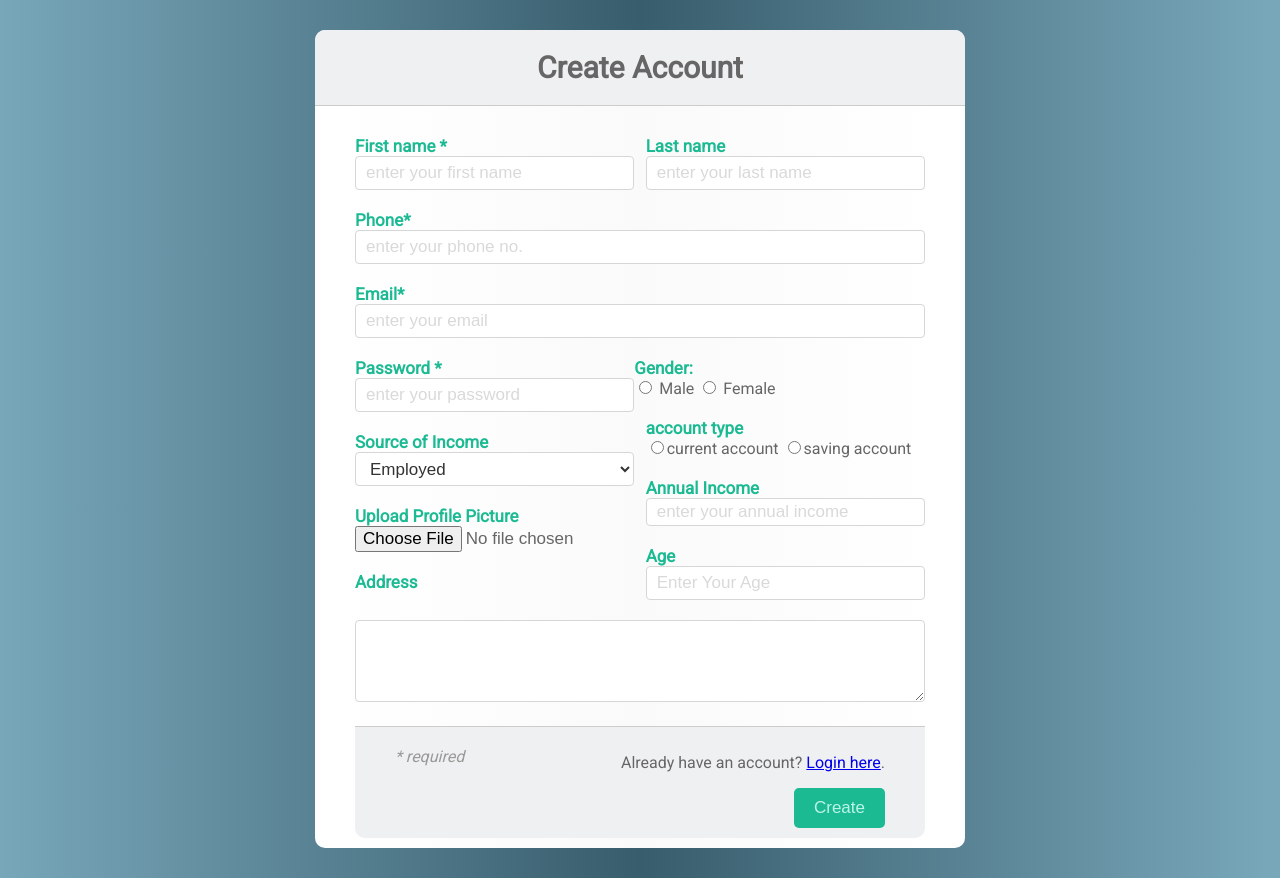
Repository: HT13M19/kuldeep
Page: GGGG/Demo2/src/main/webapp/UserInfo.html
The author's editor kept a copy of each file at every save. The page is drawn from the files as they stood at one save, then again after the next save.
The browser window is 1280 px wide. The pictures show the whole page.

Above is the page before, as saved 2023-09-23 15:39:34.

### GGGG/Demo2/src/main/webapp/UserInfo.html
<!DOCTYPE html>
<html>
  <head>
    <meta charset="utf-8">
    <title>HTML CSS Register Form</title>
    <link rel="stylesheet" href="style.css">
  </head>
  <body>
    <form class="signup-form" action="register" method="get">

      <!-- form header -->
      <div class="form-header">
        <h1>Create Account</h1>
      </div>

      <!-- form body -->
      <div class="form-body">

        <!-- Firstname and Lastname -->
        <div class="horizontal-group">
          <div class="form-group left">
            <label for="firstname" class="label-title">First name *</label>
            <input type="text" name="FIRSTNAME" id="firstname" class="form-input" placeholder="enter your first name" required="required" />
          </div>
          <div class="form-group right">
            <label for="lastname" class="label-title">Last name</label>
            <input type="text" id="LASTNAME" name="LASTNAME" class="form-input" placeholder="enter your last name" />
          </div>
        </div>
        <!-- Phone-->
        <div class="form-group">
          <label for="Phone" class="label-title">Phone*</label>
          <input type="text" id="phone" name="PHONE" class="form-input" placeholder="enter your phone no." required="required" maxlength="10">
        </div>

        <!-- Email -->
        <div class="form-group">
          <label for="email" class="label-title">Email*</label>
          <input type="email" id="email" name="EMAIL" class="form-input" placeholder="enter your email" required="required">
        </div>

        <!-- Passwrod and confirm password -->
        <div class="horizontal-group">
          <div class="form-group left">
            <label for="password" class="label-title">Password *</label>
            <input type="password" name="PASSWORD" id="password" class="form-input" placeholder="enter your password" required="required">
          </div>

        <!-- Gender and  account type-->
        <div class="horizontal-group">
          <div class="form-group left">
            <label class="label-title">Gender:</label>
            <div class="input-group">
              <label for="male"><input type="radio" name="GENDER" value="male" id="male"> Male</label>
              <label for="female"><input type="radio" name="GENDER" value="female" id="female"> Female</label>
            </div>
          </div>
          <div class="form-group right">
            <label class="label-title">account type</label>
            <div >
              <label><input type="radio" value="current account" name="ACCOUNT_TYPE">current account</label>
              <label><input type="radio" value="saving account " name="ACCOUNT_TYPE">saving account </label>
            </div>
          </div>
        </div>

        <!-- Source of Income and Income -->
        <div class="horizontal-group">
          <div class="form-group left" >
            <label class="label-title">Source of Income</label>
            <select class="form-input" id="level" name="SOURCE_OF_INCOME">
              <option value="Employed">Employed</option>
              <option value="Self-employed">Self-employed</option>
            </select>
          </div>
          <div class="form-group right">
            <label for="experience" class="label-title">Annual Income</label> <br>
            <input type="text" maxlength="15" name="INCOME" placeholder="enter your annual income" class="form-input" style=height:28px; width:78%;padding:0;">
          </div>
        </div>

        <!-- Profile picture and Age -->
        <div class="horizontal-group">
          <div class="form-group left" >
            <label for="choose-file" class="label-title">Upload Profile Picture</label>
            <input type="file" id="choose-file" size="80">
          </div>
          <div class="form-group right">
            <label for="experience" class="label-title">Age</label>
            <input type="number" min="18" name="AGE" max="80" placeholder="Enter Your Age" class="form-input">
          </div>
        </div>

        <!-- Address -->
        <div class="form-group">
          <label for="choose-file" class="label-title">Address</label>
          <textarea class="form-input" rows="4" name="ADDRESS" cols="50" style="height:auto"></textarea>
        </div>
      </div>
      <!-- form-footer -->
      <div class="form-footer">
        <span>* required</span>
        <p>Already have an account? <a href="Login.html">Login here</a>.</p>
        <button type="submit" class="btn">Create</button>
      </div>

    </form>

  </body>
</html>

### GGGG/Demo2/src/main/webapp/style.css

/*---------------------------------------*/
/* Font */
/*---------------------------------------*/
@import url('https://fonts.googleapis.com/css?family=Roboto');


/*---------------------------------------*/
/* Register Form */
/*---------------------------------------*/
body {
  background:linear-gradient(to right, #78a7ba 0%, #385D6C 50%, #78a7ba 99%);
}

.signup-form {
  font-family: "Roboto", sans-serif;
  width:650px;
  margin:30px auto;
  background:linear-gradient(to right, #ffffff 0%, #fafafa 50%, #ffffff 99%);
  border-radius: 10px;
}

/*---------------------------------------*/
/* Form Header */
/*---------------------------------------*/
.form-header  {
  background-color: #EFF0F1;
  border-top-left-radius: 10px;
  border-top-right-radius: 10px;
}

.form-header h1 {
  font-size: 30px;
  text-align:center;
  color:#666;
  padding:20px 0;
  border-bottom:1px solid #cccccc;
}

/*---------------------------------------*/
/* Form Body */
/*---------------------------------------*/
.form-body {
  padding:10px 40px;
  color:#666;
}

.form-group{
  margin-bottom:20px;
}

.form-body .label-title {
  color:#1BBA93;
  font-size: 17px;
  font-weight: bold;
}

.form-body .form-input {
    font-size: 17px;
    box-sizing: border-box;
    width: 100%;
    height: 34px;
    padding-left: 10px;
    padding-right: 10px;
    color: #333333;
    text-align: left;
    border: 1px solid #d6d6d6;
    border-radius: 4px;
    background: white;
    outline: none;
}



.horizontal-group .left{
  float:left;
  width:49%;
}

.horizontal-group .right{
  float:right;
  width:49%;
}

input[type="file"] {
  outline: none;
  cursor:pointer;
  font-size: 17px;
}

#range-label {
  width:15%;
  padding:5px;
  background-color: #1BBA93;
  color:white;
  border-radius: 5px;
  font-size: 17px;
  position: relative;
  top:-8px;
}


::-webkit-input-placeholder  {
  color:#d9d9d9;
}

/*---------------------------------------*/
/* Form Footer */
/*---------------------------------------*/
.signup-form .form-footer  {
  background-color: #EFF0F1;
  border-bottom-left-radius: 10px;
  border-bottom-right-radius: 10px;
  padding:10px 40px;
  text-align: right;
  border-top: 1px solid #cccccc;
  clear:both;
}

.form-footer span {
  float:left;
  margin-top: 10px;
  color:#999;
  font-style: italic;
  font-weight: thin;
}

.btn {
   display:inline-block;
   padding:10px 20px;
   background-color: #1BBA93;
   font-size:17px;
   border:none;
   border-radius:5px;
   color:#bcf5e7;
   cursor:pointer;
}

.btn:hover {
  background-color: #169c7b;
  color:white;
}

After the next save:
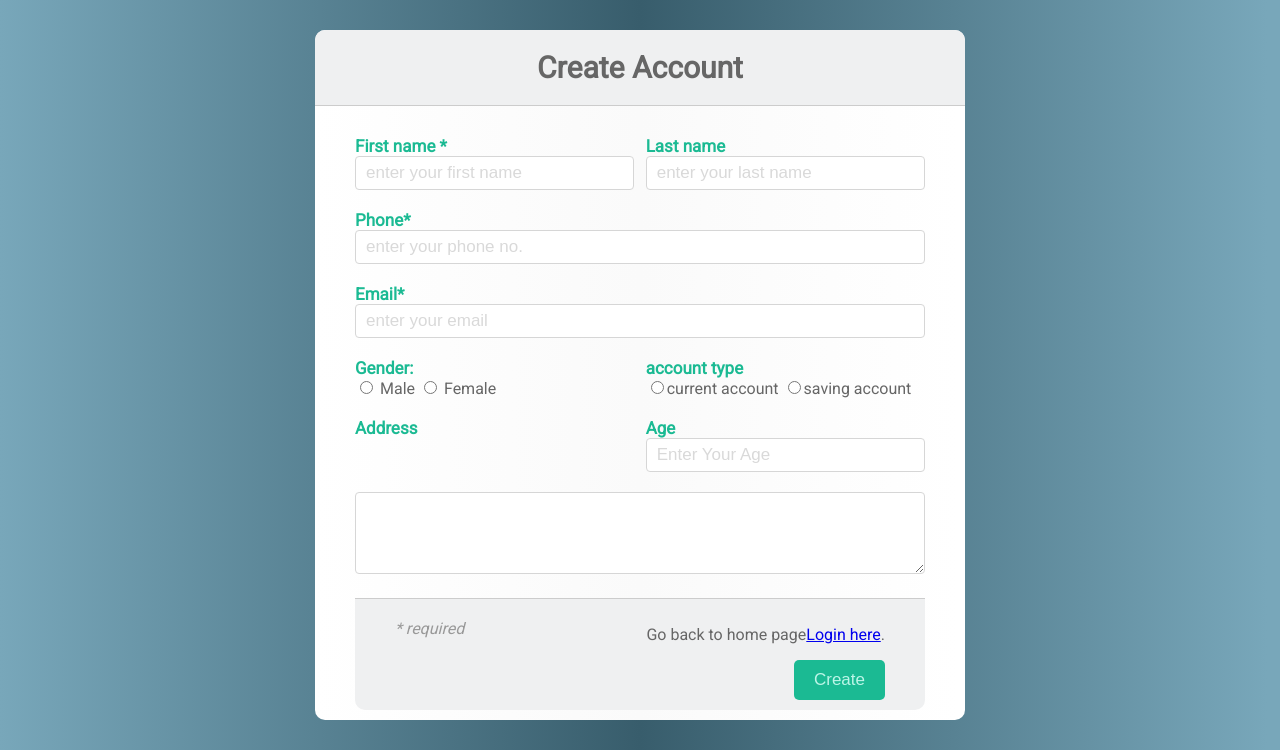
Saved 4 min 9 s later.
--- a/GGGG/Demo2/src/main/webapp/UserInfo.html
+++ b/GGGG/Demo2/src/main/webapp/UserInfo.html
@@ -41,10 +41,6 @@
 
         <!-- Passwrod and confirm password -->
         <div class="horizontal-group">
-          <div class="form-group left">
-            <label for="password" class="label-title">Password *</label>
-            <input type="password" name="PASSWORD" id="password" class="form-input" placeholder="enter your password" required="required">
-          </div>
 
         <!-- Gender and  account type-->
         <div class="horizontal-group">
@@ -66,25 +62,13 @@
 
         <!-- Source of Income and Income -->
         <div class="horizontal-group">
-          <div class="form-group left" >
-            <label class="label-title">Source of Income</label>
-            <select class="form-input" id="level" name="SOURCE_OF_INCOME">
-              <option value="Employed">Employed</option>
-              <option value="Self-employed">Self-employed</option>
-            </select>
-          </div>
-          <div class="form-group right">
-            <label for="experience" class="label-title">Annual Income</label> <br>
-            <input type="text" maxlength="15" name="INCOME" placeholder="enter your annual income" class="form-input" style=height:28px; width:78%;padding:0;">
-          </div>
+
+
         </div>
 
         <!-- Profile picture and Age -->
         <div class="horizontal-group">
-          <div class="form-group left" >
-            <label for="choose-file" class="label-title">Upload Profile Picture</label>
-            <input type="file" id="choose-file" size="80">
-          </div>
+
           <div class="form-group right">
             <label for="experience" class="label-title">Age</label>
             <input type="number" min="18" name="AGE" max="80" placeholder="Enter Your Age" class="form-input">
@@ -100,7 +84,7 @@
       <!-- form-footer -->
       <div class="form-footer">
         <span>* required</span>
-        <p>Already have an account? <a href="Login.html">Login here</a>.</p>
+        <p>Go back to home page<a href="Login.html">Login here</a>.</p>
         <button type="submit" class="btn">Create</button>
       </div>
 
